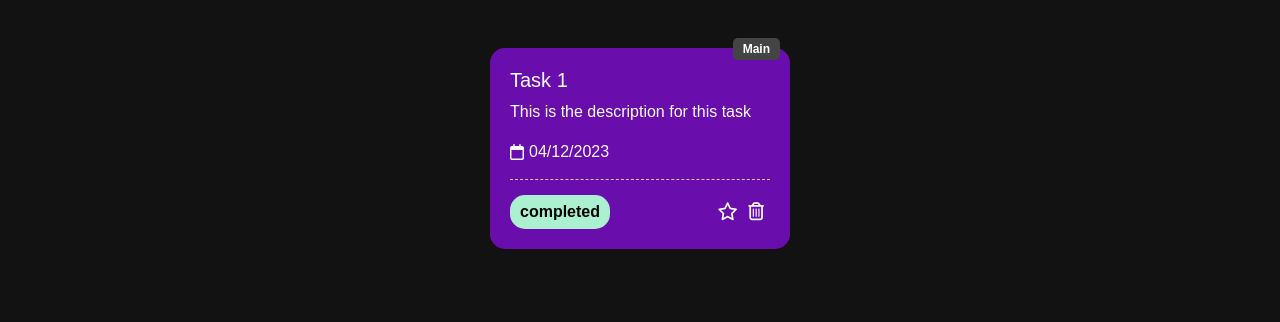
Repository: Surahailat/TypeScript
Page: Mini project 10-3/test.html
The author's editor kept a copy of each file at every save. The page is drawn from the files as they stood at one save, then again after the next save.
The browser window is 1280 px wide. The pictures show the whole page.

Above is the page before, as saved 2025-03-10 21:49:40.

### Mini project 10-3/test.html
<!DOCTYPE html>
<html lang="ar">
<head>
    <meta charset="UTF-8">
    <meta name="viewport" content="width=device-width, initial-scale=1.0">
    <title>Task Card</title>
    <link href="https://cdn.jsdelivr.net/npm/bootstrap@5.3.0/dist/css/bootstrap.min.css" rel="stylesheet">
    <link rel="stylesheet" href="https://cdnjs.cloudflare.com/ajax/libs/font-awesome/6.4.2/css/all.min.css">
    <style>
        body {
            background-color: #121212;
            color: white;
            font-family: Arial, sans-serif;
        }
        .task-card {
            background-color: #6a0dad;
            color: white;
            border-radius: 15px;
            padding: 20px;
            position: relative;
            width: 300px;
        }
        .task-card .badge {
            position: absolute;
            top: -10px;
            right: 10px;
            background-color: #444;
            padding: 5px 10px;
            border-radius: 5px;
        }
        .task-card .date {
            display: flex;
            align-items: center;
            gap: 5px;
            margin-top: 10px;
        }
        .task-card .completed-btn {
            background-color: #aaf0d1;
            color: black;
            border-radius: 15px;
            padding: 5px 10px;
            border: none;
            font-weight: bold;
        }
        .task-card .actions {
            display: flex;
            align-items: center;
            justify-content: space-between;
            margin-top: 15px;
        }
        .task-card .icon {
            cursor: pointer;
            font-size: 18px;
            color: white;
        }
        .task-card .divider {
            border-top: 1px dashed #ccc;
            margin: 15px 0;
        }
        .task-card .delete-btn {
            background: none;
            border: none;
            color: white;
            font-size: 18px;
            cursor: pointer;
        }
    </style>
</head>
<body>

<div class="container d-flex justify-content-center mt-5">
    <div class="task-card">
        <span class="badge">Main</span>
        <h5>Task 1</h5>
        <p>This is the description for this task</p>
        <div class="date">
            <i class="fa-regular fa-calendar"></i>
            <span>04/12/2023</span>
        </div>
        <div class="divider"></div>
        <div class="actions">
            <button class="completed-btn">completed</button>
            <div>
                <i class="fa-regular fa-star icon"></i>
                <button class="delete-btn"><i class="fa-regular fa-trash-can"></i></button>
            </div>
        </div>
    </div>
</div>

</body>
</html>

After the next save:
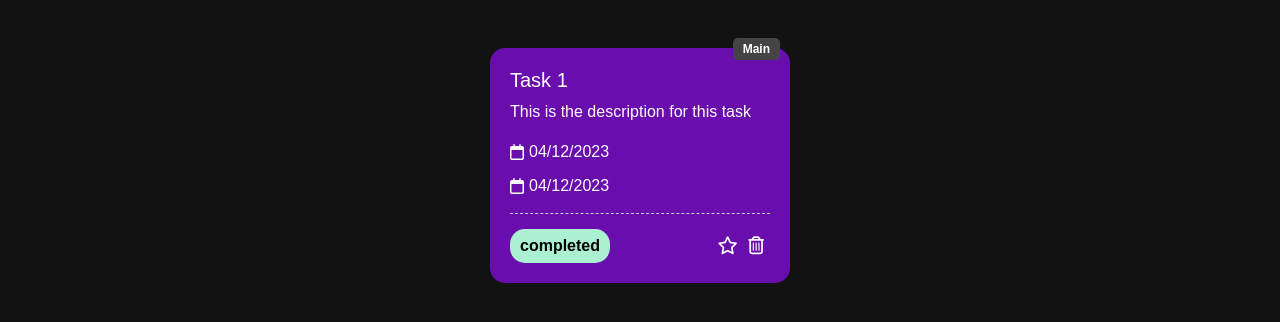
Saved 5 min 10 s later.
--- a/Mini project 10-3/test.html
+++ b/Mini project 10-3/test.html
@@ -77,6 +77,10 @@
             <i class="fa-regular fa-calendar"></i>
             <span>04/12/2023</span>
         </div>
+        <div class="date">
+            <i class="fa-regular fa-calendar"></i>
+            <span>04/12/2023</span>
+        </div>
         <div class="divider"></div>
         <div class="actions">
             <button class="completed-btn">completed</button>

After the save that followed:
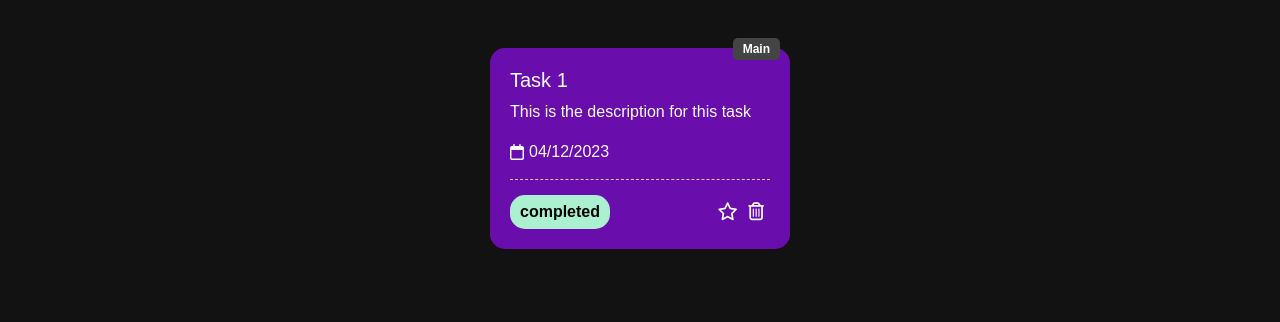
Saved 16 s later.
--- a/Mini project 10-3/test.html
+++ b/Mini project 10-3/test.html
@@ -77,10 +77,7 @@
             <i class="fa-regular fa-calendar"></i>
             <span>04/12/2023</span>
         </div>
-        <div class="date">
-            <i class="fa-regular fa-calendar"></i>
-            <span>04/12/2023</span>
-        </div>
+
         <div class="divider"></div>
         <div class="actions">
             <button class="completed-btn">completed</button>
